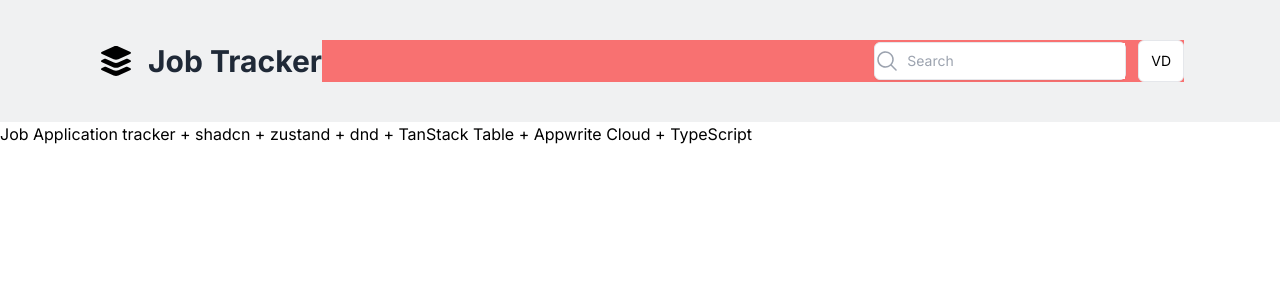
Repository: Vasil1001/job-applications-tracker-nextjs
Page: /
An editor plug-in stored every save of this project. The page is shown before and after a run of saves, followed by the edit.
The browser window is 1280 px wide. The pictures show the whole page.
The project was rebuilt for these pictures with package versions that can differ from the ones it lists, and the page was loaded fresh each time. The framework's server and built-in components were replaced by stand-ins that run in the browser. Also part of the build but not shown: next.config.js.

Above is the page before, as saved 2023-06-24 17:33:19.

### app/layout.tsx
import "./globals.css";
import { Inter } from "next/font/google";

const inter = Inter({ subsets: ["latin"] });

export const metadata = {
  title: "Job Tracker",
  description: "Generated by create next app",
};

export default function RootLayout({
  children,
}: {
  children: React.ReactNode;
}) {
  return (
    <html lang="en">
      <body suppressHydrationWarning={true} className={inter.className}>{children}</body>
    </html>
  );
}

### app/page.tsx
import Header from "@/components/Header";
import Image from "next/image";

export default function Home() {
  return (
    <main className="flex min-h-screen max-w-screen flex-col justify-between mx-auto">
      {/* Header Component */}
      <Header />

      {/* Board dnd Component */}

    </main>
  );
}

### components/Header.tsx
"use client";
import { Search } from "lucide-react";
import React from "react";
import SearchBar from "./navbar/SearchBar";
import { IoIosApps } from "react-icons/io";
import { RiSendPlaneLine } from "react-icons/ri";
import { BiNotepad } from "react-icons/bi";
import Image from "next/image";
import { MagnifyingGlassIcon, UserCircleIcon } from "@heroicons/react/24/solid";
import { FiUser } from "react-icons/fi";
import { HiMagnifyingGlass } from "react-icons/hi2";
import Navbar from "./navbar/Navbar";
import Avatar from "react-avatar";

export default function Header() {
  return (
    <header>
      <div className="flex flex-col md:flex-row items-center p-5 xl:p-10 xl:px-24 bg-gray-500/10">
        {/* <Navbar /> */}
        {/* <Image
          src="https://links.papareact.com/c2cdd5"
          alt="Logo"
          width={300}
          height={100}
          className="w-44 md:w-56 pb-10 md:pb-0 object-contain"
        /> */}
        {/* Logo */}
        <div className="flex items-center font-bold text-3xl mb-3 md:mb-0">
          <IoIosApps size={40} className="mr-3" />
          <span className="text-gray-800">Job Tracker</span>
        </div>

        {/* Search input, button and profile */}
        <div className="flex bg-red-400 items-center gap-3 flex-1 justify-end w-full">
          <form className="peer flex items-center space-l-5 bg-white border shadow-sm focus-visible:outline-none focus-visible:ring-1 focus:ring-gray-400 text-black border-gray-200 sm:text-sm rounded-md hover:border-gray-300 placeholder:text-gray-400 focus:placeholder:text-gray-500 flex-1 md:flex-initial">
            <HiMagnifyingGlass className="w-6 h-6 text-gray-400" />
            <input
              type="text"
              placeholder="Search"
              className="flex-1 outline-none p-2  "
            />
            <button hidden> Search</button>
          </form>

          <button className="flex-initial p-2.5 px-3 text-black text-sm font-regular border focus-visible:outline-none focus-visible:ring-1 focus:ring-gray-400 bg-white border-gray-200 sm:text-sm rounded-md hover:border-gray-300 ">
            VD
          </button>
        </div>

        {/* <Avatar name="Vasilis Dzhakov" round color="#ffffff" size="50" fgColor='black' /> */}
        <div className="flex gap-3.5">
          {/* <SearchBar />
            <button className="py-2 px-4 flex-initial text-black border focus-visible:outline-none focus-visible:ring-1 focus:ring-gray-400 bg-white border-gray-200 sm:text-sm rounded-md hover:border-gray-300 ">
              User
            </button> */}
        </div>
      </div>
      <h1>
        Job Application tracker + shadcn + zustand + dnd + TanStack Table +
        Appwrite Cloud + TypeScript
      </h1>
    </header>
  );
}

Loaded but not shown: app/globals.css (common file); tailwind.config.js (common file)

After the next 2 saves:
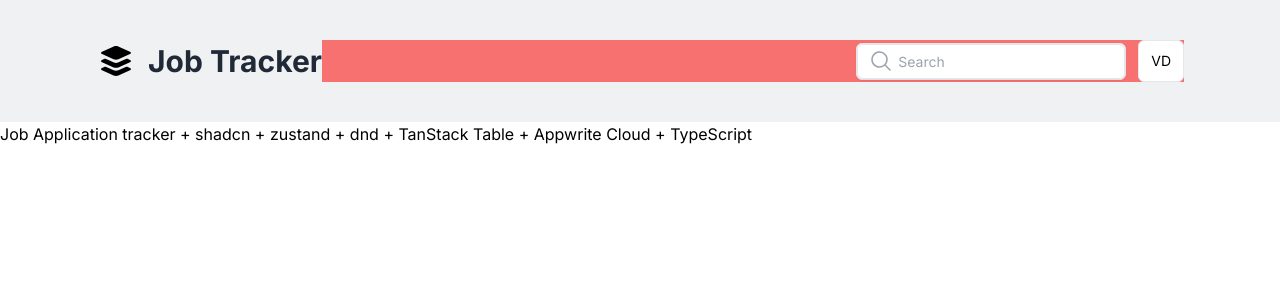
The 2 saves are shown as one change because they came seconds apart.
The last was saved 18 s later.
--- a/components/Header.tsx
+++ b/components/Header.tsx
@@ -33,13 +33,17 @@ export default function Header() {
         {/* Search input, button and profile */}
         <div className="flex bg-red-400 items-center gap-3 flex-1 justify-end w-full">
           <form className="peer flex items-center space-l-5 bg-white border shadow-sm focus-visible:outline-none focus-visible:ring-1 focus:ring-gray-400 text-black border-gray-200 sm:text-sm rounded-md hover:border-gray-300 placeholder:text-gray-400 focus:placeholder:text-gray-500 flex-1 md:flex-initial">
-            <HiMagnifyingGlass className="w-6 h-6 text-gray-400" />
-            <input
-              type="text"
-              placeholder="Search"
-              className="flex-1 outline-none p-2  "
-            />
-            <button hidden> Search</button>
+            <div className="relative  ">
+              <span className="absolute inset-y-0 left-0 flex items-center pl-3">
+                <HiMagnifyingGlass className="w-6 h-6 text-gray-400" />
+              </span>
+
+              <input
+                type="text"
+                className="w-full flex-1 h-full py-2 pl-10 pr-4 border shadow-sm focus-visible:outline-none focus-visible:ring-1 focus:ring-gray-400 text-black bg-white border-gray-200 sm:text-sm rounded-md hover:border-gray-300 placeholder:text-gray-400 focus:placeholder:text-gray-500"
+                placeholder="Search"
+              />
+            </div>
           </form>
 
           <button className="flex-initial p-2.5 px-3 text-black text-sm font-regular border focus-visible:outline-none focus-visible:ring-1 focus:ring-gray-400 bg-white border-gray-200 sm:text-sm rounded-md hover:border-gray-300 ">
